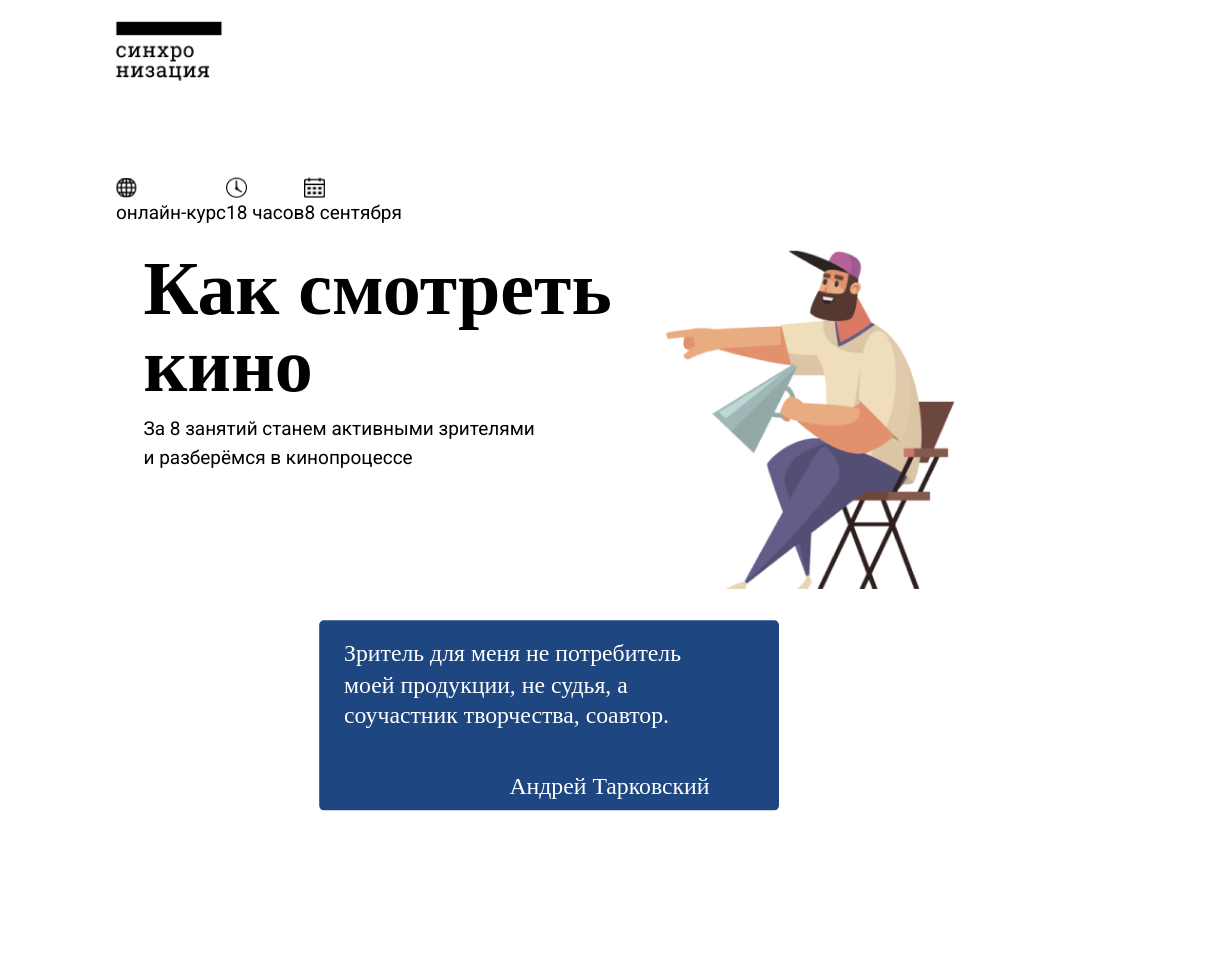
Repository: simralgasimov/task5
Page: index.html
These files come from the project's save history. The page is drawn as it stood at one moment and after the next save; the edit follows.
The browser window is 1280 px wide. The pictures show the whole page, at 95% of full size.

Above is the page before, as saved 2023-08-28 13:22:01.

### index.html
<!DOCTYPE html>
<html lang="en">
  <head>
    <meta charset="UTF-8" />
    <meta name="viewport" content="width=device-width, initial-scale=1.0" />
    <title>Document</title>
    <link rel="stylesheet" href="index.css" />
  </head>
  <body>
    <div class="container">
      <div class="logo">
        <img src="./img/logo_mobile_black 1 (1).png" alt="" />
      </div>
      <div class="headline">
        <div>
          <img src="./img/globe.svg" alt="" />
          <p>онлайн-курс</p>
        </div>
        <div>
          <img src="./img/img_135744.png" alt="" />
          <p>18 часов</p>
        </div>
        <div>
          <img src="./img/calendar_2.png" alt="" />
          <p>8 сентября</p>
        </div>
      </div>

      <div class="box">
        <h1>
          Как смотреть кино
          <p>
            За 8 занятий станем активными зрителями и разберёмся в кинопроцессе
          </p>
        </h1>

        <div><img src="./img/noroot 1.png" alt="" /></div>
      </div>

      <div class="box2">
        <p>
          Зритель для меня не потребитель моей продукции, не судья, а соучастник
          творчества, соавтор.
        </p>
        <p>Андрей Тарковский</p>
      </div>
    </div>
  </body>
</html>

### index.css
@import url("https://fonts.googleapis.com/css2?family=Roboto&display=swap");
* {
  padding: 0;
  margin: 0;
  box-sizing: border-box;
}

.container {
  padding: 21px 246px 173px 122px;
}

.logo {
  width: 112px;
  height: 66px;
}

.headline {
  display: flex;
  margin-top: 100px;
}

.headline p {
  /* width: 130px; */
  color: #000;
  font-family: Roboto;
  font-size: 20px;
  font-style: normal;
  font-weight: 400;
  line-height: 115%;
}

.headline img:first-child {
  margin-right: 8px;
  width: 22px;
  height: 21px;
}

.headline img:nth-child(3) {
  margin-right: 8px;
  width: 22px;
  height: 22px;
}

.headline img:nth-child(5) {
  margin-right: 13px;
  width: 20px;
  height: 22px;
}

.box{
    display: flex;
    padding: 29px;

}

.box h1{

    color: #000;
font-family: Roboto Slab;
font-size: 80px;
font-style: normal;
font-weight: 700;
line-height: 101.385%;
}

.box p{
    margin-top: 10px;
width: 414px;
color: #000;
font-family: Roboto;
font-size: 20px;
font-style: normal;
font-weight: 400;
line-height: 150%; /* 30px */
}

.box  div img{
    width: 304px;
height: 356px;

}

.box2{
    margin: auto;


    width: 483.635px;
height: 200px;
border-radius: 5px;
background: #1E4681;
}

.box2 p{
    padding: 19px 18px 23px 26px ;
    width: 430.589px;
    color: #FFF;
font-family: Roboto Slab;
font-size: 25px;
font-style: normal;
font-weight: 400;
line-height: 130%; /* 32.5px */

}

.box2 p:nth-child(2){
    padding-left: 200px;
}

After the next save:
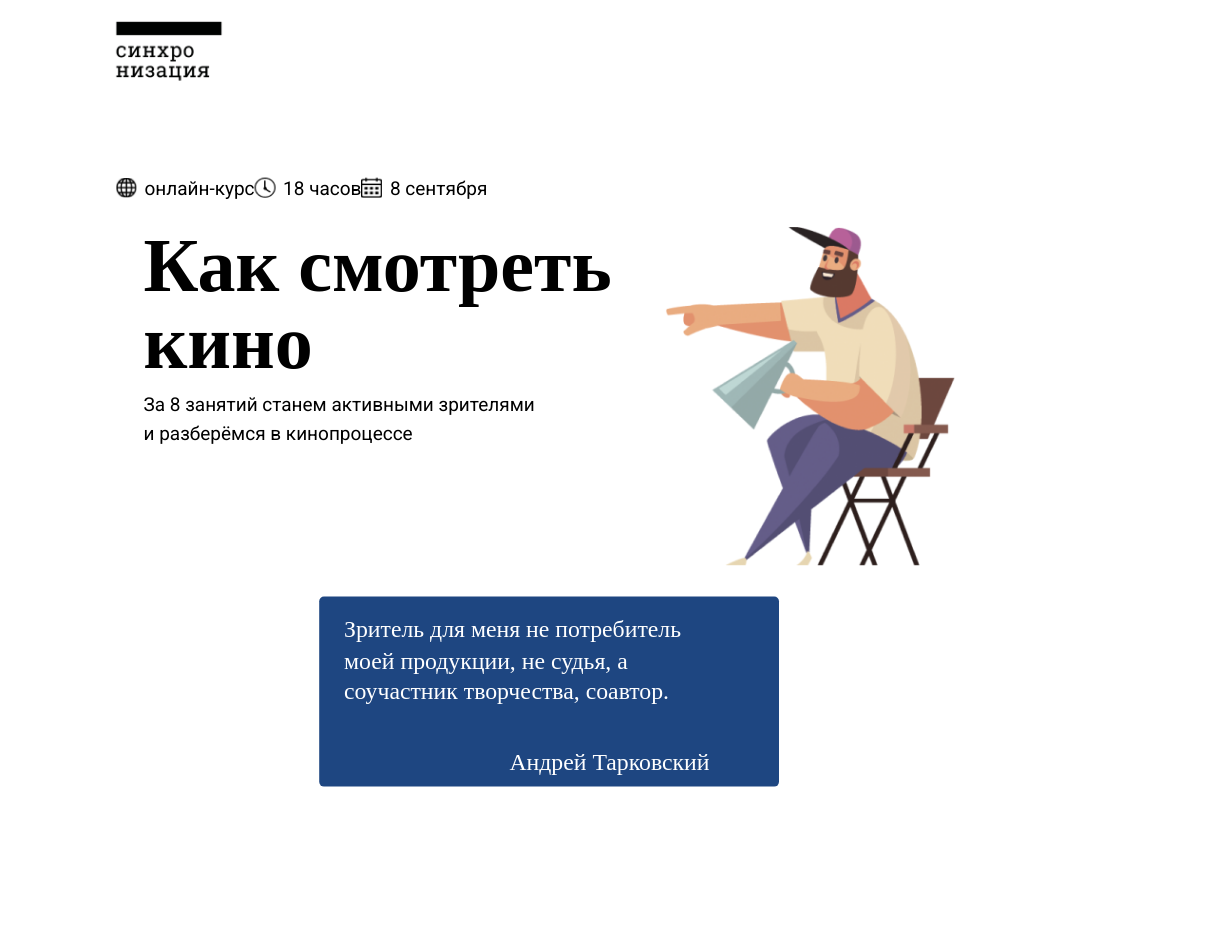
Saved 19 s later.
--- a/index.css
+++ b/index.css
@@ -18,7 +18,9 @@
   display: flex;
   margin-top: 100px;
 }
-
+.headline div{
+  display: flex;
+}
 .headline p {
   /* width: 130px; */
   color: #000;
